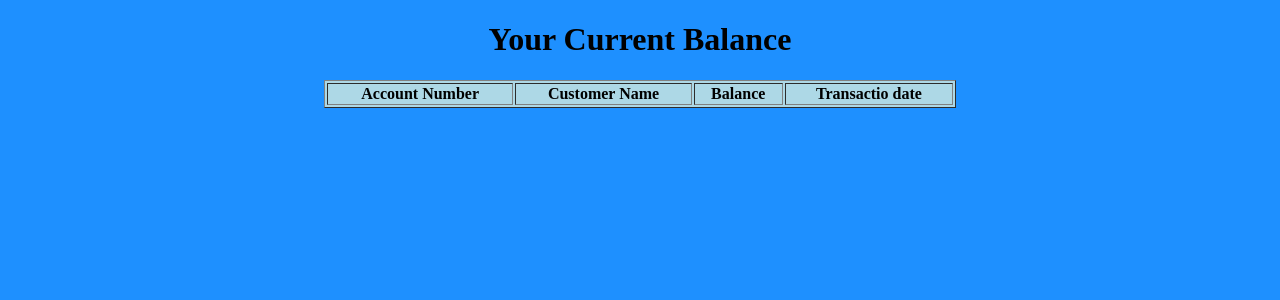
Repository: rukmini10/DXC
Page: http://localhost/Account/check_balance.jsp
An editor plug-in stored every save of this project. The page is shown before and after the next save, followed by the edit.
The browser window is 1280 px wide. The pictures show the whole page.
The page is served by Tomcat 9. Nobody is signed in. The application's start-up code is not run. Other server files are loaded and not shown. Queries for data that is not in the repository find no rows.

Above is the page before, as saved 2022-05-06 21:00:26.

### DXC_MAVEN/Account/src/main/webapp/check_balance.jsp
<%@page import="java.sql.DriverManager"%>
<%@page contentType="text/html" pageEncoding="UTF-8"%>
<%@page import="java.sql.*"%>
<!DOCTYPE html>
<html>
    <head>
        <meta http-equiv="Content-Type" content="text/html; charset=UTF-8">
        <title>JSP Page</title>
    </head>
    <body bgcolor="DodgerBlue">
    <center><h1>Your Current Balance</h1></center>
        <%
            try{
            String an=request.getParameter("ano");
            Class.forName("com.mysql.jdbc.Driver");
            Connection conn=DriverManager.getConnection("jdbc:mysql://localhost:3306/dxcdb", "root","Mysql@2710");
            Statement st=conn.createStatement();
            ResultSet rs=st.executeQuery("select * from tr where ano='"+an+"'");
            out.println("<table border='1' width='50%' bgcolor='lightblue' align='center'>");
out.println("<tr><th>Account Number</th><th>Customer Name</th><th>Balance</th><th>Transactio date</th></tr>");
while(rs.next())
 out.println("<tr align='center'><td>"+rs.getString(1)+"</td><td>"+rs.getString(2)+"</td><td>"+rs.getString(3)+"</td><td>"+rs.getString(4)+"</td></tr>");
out.println("</table>");
conn.close();

            }catch(Exception e)
            {
                out.println(e);
            }
            %>
    </body>
</html>

After the next save:
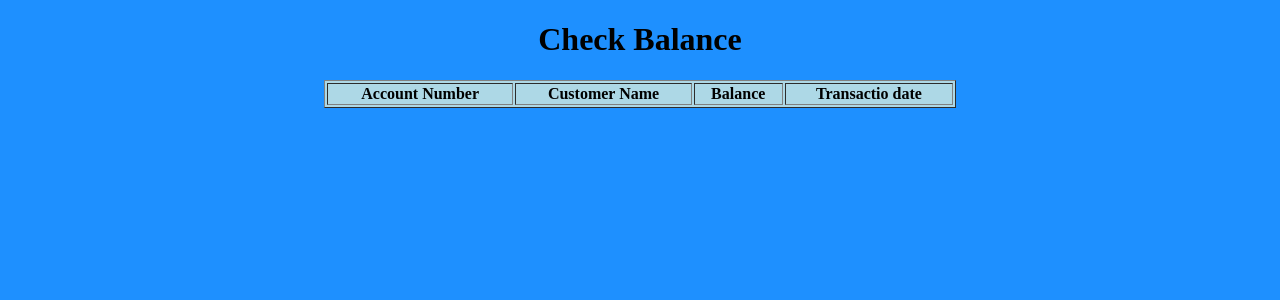
Saved 28 s later.
--- a/DXC_MAVEN/Account/src/main/webapp/check_balance.jsp
+++ b/DXC_MAVEN/Account/src/main/webapp/check_balance.jsp
@@ -8,7 +8,7 @@
         <title>JSP Page</title>
     </head>
     <body bgcolor="DodgerBlue">
-    <center><h1>Your Current Balance</h1></center>
+    <center><h1>Check Balance</h1></center>
         <%
             try{
             String an=request.getParameter("ano");

After the save that followed:
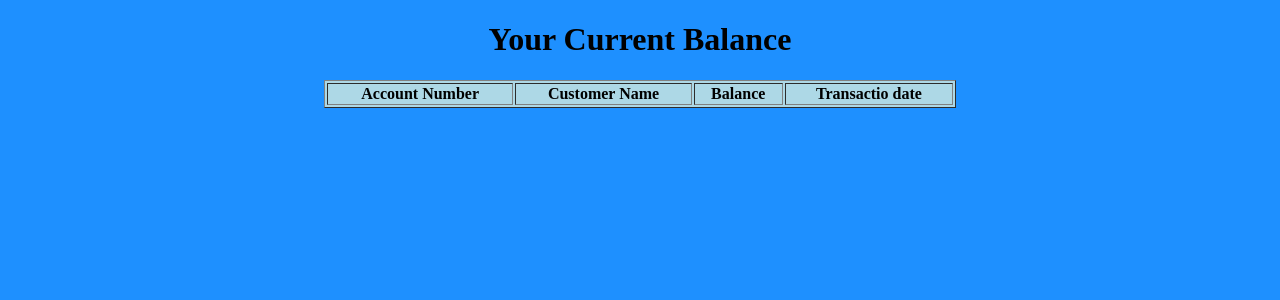
Saved 20 s later.
--- a/DXC_MAVEN/Account/src/main/webapp/check_balance.jsp
+++ b/DXC_MAVEN/Account/src/main/webapp/check_balance.jsp
@@ -8,7 +8,7 @@
         <title>JSP Page</title>
     </head>
     <body bgcolor="DodgerBlue">
-    <center><h1>Check Balance</h1></center>
+    <center><h1>Your Current Balance</h1></center>
         <%
             try{
             String an=request.getParameter("ano");
